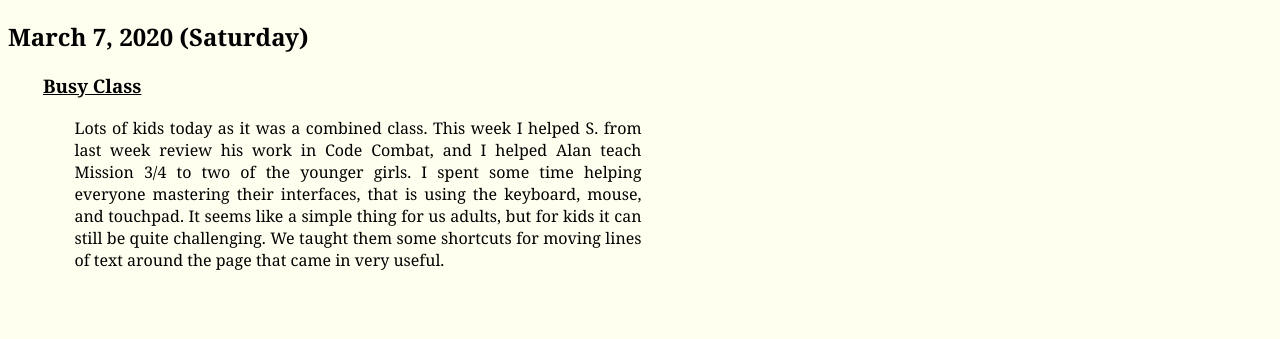
Repository: chocochocosensei/Mission-Exercises
Page: page2/index.html
These files come from the project's save history. The page is drawn as it stood at one moment and after the next save; the edit follows.
The browser window is 1280 px wide. The pictures show the whole page.

Above is the page before, as saved 2020-03-10 13:58:12.

After the next save:
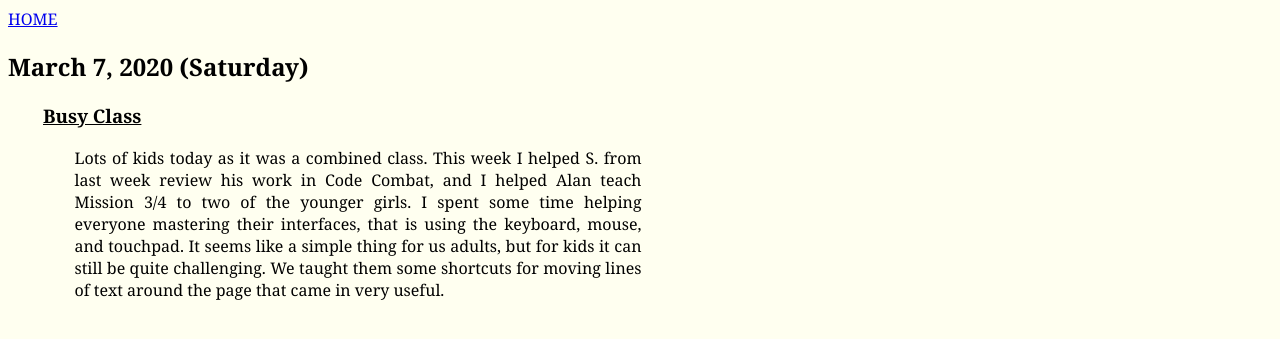
Saved 12 s later.
--- a/page2/index.html
+++ b/page2/index.html
@@ -10,6 +10,9 @@
 </head>
 
 <body>
+    <section>
+        <div class="nav-bar"><a href="../style.css">HOME</a></div>
+    </section>
 
 
 
